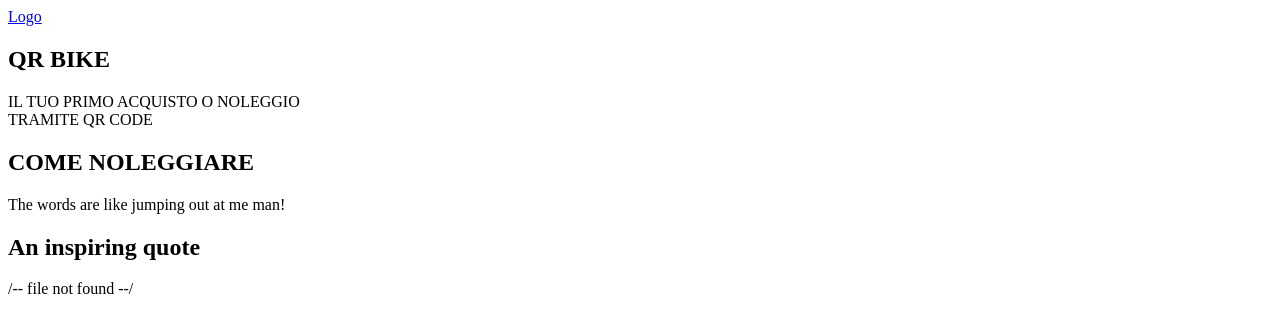
Repository: andrealepori/qrbike
Page: index.html
These files come from the project's save history. The page is drawn as it stood at one moment and after the next save; the edit follows.
The browser window is 1280 px wide. The pictures show the whole page.

Above is the page before, as saved 2020-09-16 15:36:18.

### index.html
<!DOCTYPE html>
<html lang="en">
<head>
    <meta charset="UTF-8">
    <meta name="viewport" content="width=device-width, initial-scale=1.0">
    <title>Home - QR BIKE</title>


	<link type="text/css" rel="stylesheet" href="css/style.css" />

</head>
<body>


  <header>
    <a href="#" id="logo">Logo</a>
  </header>

  <section id="hero1" class="hero">

    <div class="inner">
      <div class="copy">

      <h1 class="yellowtitle"> QR BIKE</h1>
      <p class="subtitle">IL TUO PRIMO ACQUISTO O NOLEGGIO <br> TRAMITE QR CODE</p>
      </div>
    </div>
  </section>





<section>

      <h1 class="titolo">COME NOLEGGIARE </h1>
      <p>The words are like jumping out at me man! </p>
      </div>
    </div>
  </section>



  <section class="content">
    <div class="inner">
      <div class="copy">
      <h1>An inspiring quote</h1>
        <p>/-- file not found --/</p>
      </div>
    </div>
  </section>













</body>
</html>

Loaded but not shown: style.css (no stored copy; drawn as an empty file)

After the next save:
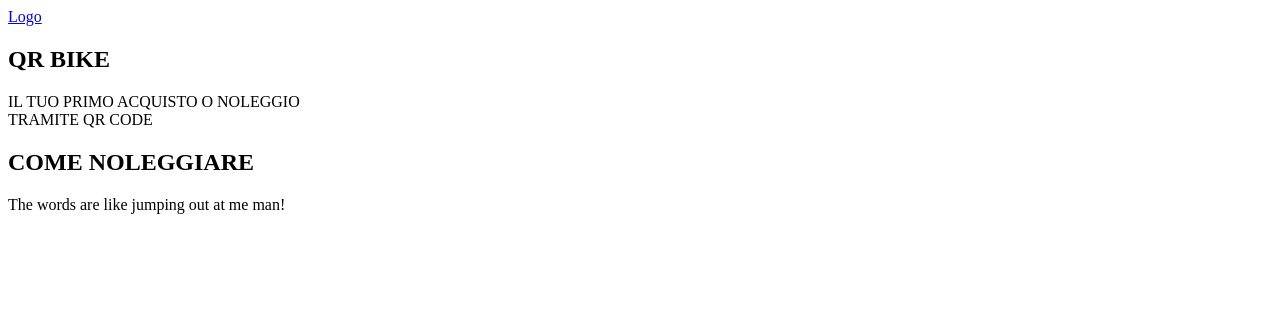
Saved 9 s later.
--- a/index.html
+++ b/index.html
@@ -41,16 +41,6 @@
 
 
 
-  <section class="content">
-    <div class="inner">
-      <div class="copy">
-      <h1>An inspiring quote</h1>
-        <p>/-- file not found --/</p>
-      </div>
-    </div>
-  </section>
-
-
 
 
 
